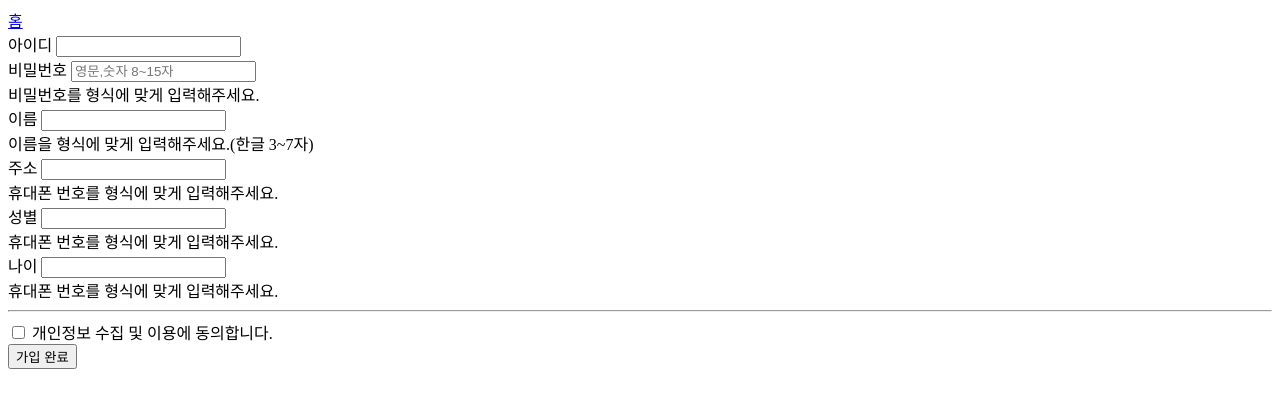
Repository: PacJ/spring_project
Page: http://localhost/spring_project/WEB-INF/views/admin/adminSignup.jsp
These files come from the project's save history. The page is drawn as it stood at one moment and after the next save; the edit follows.
The browser window is 1280 px wide. The pictures show the whole page.
The page is served by Tomcat 9. Nobody is signed in. The template is opened directly, without the code that normally fills it, so the values that code supplies are empty.

Above is the page before, as saved 2023-03-02 06:14:55.

After the next save:
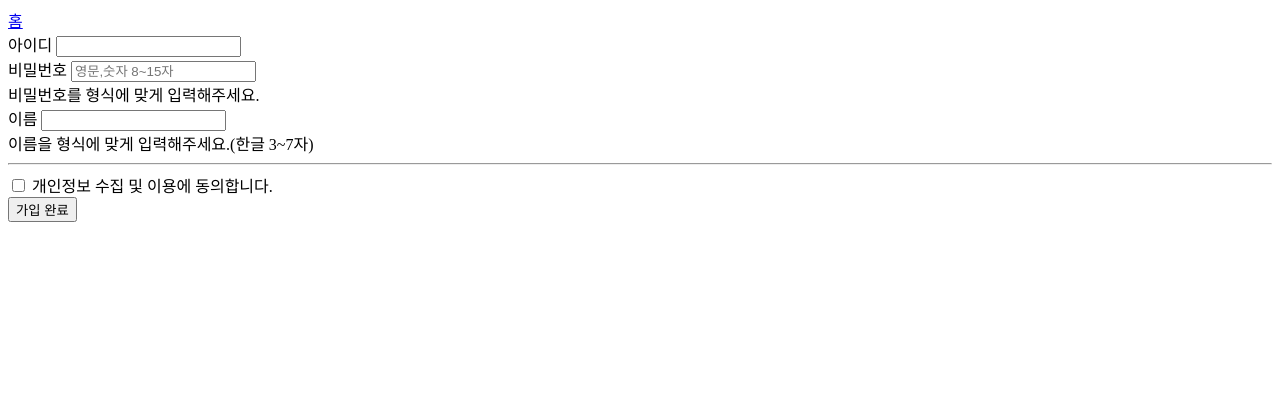
Saved 26 s later.
--- a/spring_project/src/main/webapp/WEB-INF/views/admin/adminSignup.jsp
+++ b/spring_project/src/main/webapp/WEB-INF/views/admin/adminSignup.jsp
@@ -38,37 +38,11 @@
 
 	           <div class="mb-3">
 	              <label for="name">이름</label>
-	              <input type="text" class="form-control" name="userName" />
+	              <input type="text" class="form-control" name="adminName" />
 	              <div class="invalid-feedback">
 	                이름을 형식에 맞게 입력해주세요.(한글 3~7자)
 	              </div>
 	            </div>
-
-
-
-	          <div class="mb-3">
-	            <label for="address">주소</label>
-	            <input type="text" class="form-control" name="userAddress" >
-	            <div class="invalid-feedback">
-	              휴대폰 번호를 형식에 맞게 입력해주세요.
-	            </div>
-	          </div>
-
-	          <div class="mb-3">
-	            <label for="Sex">성별</label>
-	            <input type="text" class="form-control" name="userSex"  >
-	            <div class="invalid-feedback">
-	              휴대폰 번호를 형식에 맞게 입력해주세요.
-	            </div>
-	          </div>
-
-	          <div class="mb-3">
-	            <label for="age">나이</label>
-	            <input type="text" class="form-control" name="userAge" >
-	            <div class="invalid-feedback">
-	              휴대폰 번호를 형식에 맞게 입력해주세요.
-	            </div>
-	          </div>
 
 
 	          <hr class="mb-4">
